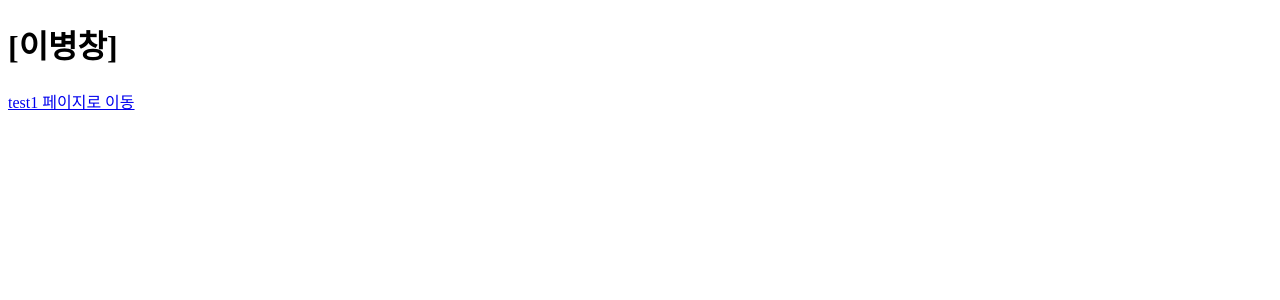
Repository: BC215/web-workspace
Page: 01_dynamicproject/src/main/webapp/index.html
An editor plug-in stored every save of this project. The page is shown before and after the next save, followed by the edit.
The browser window is 1280 px wide. The pictures show the whole page.

Above is the page before, as saved 2026-02-12 02:13:27.

### 01_dynamicproject/src/main/webapp/index.html
<!DOCTYPE html>
<html>
<head>
<meta charset="UTF-8">
<title>Insert title here</title>
</head>
<body>
<h1>[이병창]</h1>
<a href="html/test1.html">test1 페이지로 이동</a><br>

</body>
</html>

After the next save:
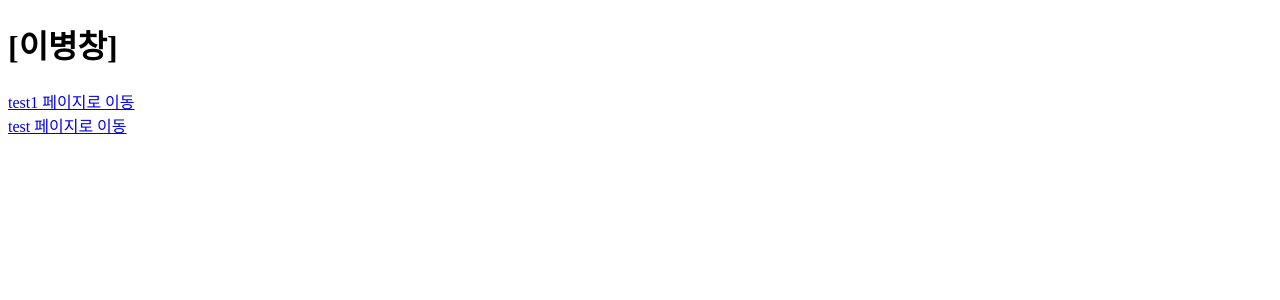
Saved 21 s later.
--- a/01_dynamicproject/src/main/webapp/index.html
+++ b/01_dynamicproject/src/main/webapp/index.html
@@ -7,6 +7,7 @@
 <body>
 <h1>[이병창]</h1>
 <a href="html/test1.html">test1 페이지로 이동</a><br>
+<a href="test.html">test 페이지로 이동</a>
 
 </body>
 </html>
